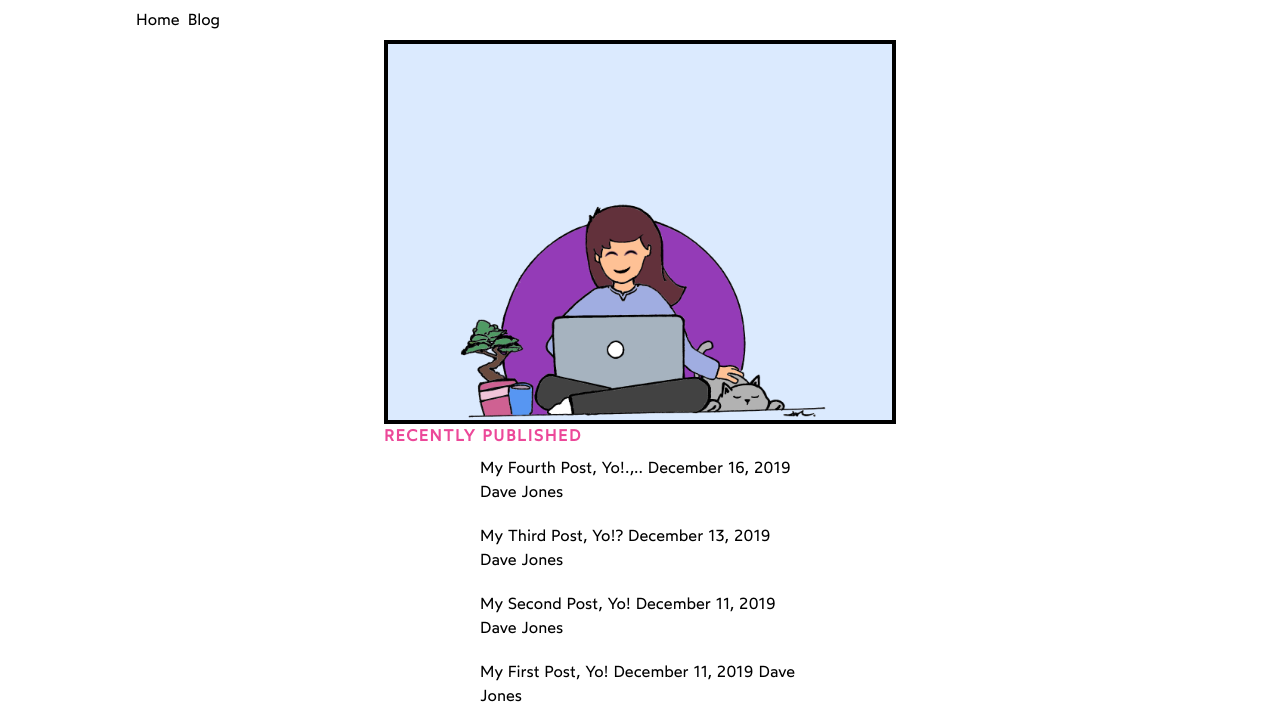
Repository: Risclover/markdown-blog
Page: /
An editor plug-in stored every save of this project. The page is shown before and after a run of saves, followed by the edit.
The browser window is 1280 px wide. The pictures show the whole page.
The project was rebuilt for these pictures with package versions that can differ from the ones it lists, and the page was loaded fresh each time.

Above is the page before, as saved 2023-06-28 10:15:50.

### src/index.js
import React from "react";
import ReactDOM from "react-dom/client";
import { BrowserRouter as Router } from "react-router-dom";
import "./fonts/wotfard-cufonfonts-webfont/style.css";

import "./index.css";
import App from "./App";

const root = ReactDOM.createRoot(document.getElementById("root"));
root.render(
  <Router>
    <App />
  </Router>
);

### src/fonts/wotfard-cufonfonts-webfont/style.css
/* #### Generated By: http://www.cufonfonts.com #### */

    @font-face {
    font-family: 'Wotfard Regular';
    font-style: normal;
    font-weight: normal;
    src: local('Wotfard Regular'), url('Wotfard-Regular.woff') format('woff');
    }

### src/index.css
*,
*::before,
*::after {
  box-sizing: border-box;
}
* {
  margin: 0;
}
body {
  line-height: 1.5;
  min-height: 100vh;
  -webkit-font-smoothing: antialiased;
}
img,
picture,
video,
canvas,
svg {
  display: block;
  max-width: 100%;
}
input,
button,
textarea,
select {
  font: inherit;
}
p,
h1,
h2,
h3,
h4,
h5,
h6 {
  overflow-wrap: break-word;
}
#root,
#__next {
  isolation: isolate;
}

### src/App.js
import "./App.css";
import { Route, Routes } from "react-router-dom";
import Home from "./pages/Home";
import NavBar from "./components/NavBar";

function App() {
  return (
    <div className="bg-white-100 min-h-screen">
      <div className="max-w-screen-lg m-auto">
        <NavBar />
        <Routes>
          <Route path="/" element={<Home />} />
        </Routes>
      </div>
    </div>
  );
}

export default App;

### src/pages/Home.js
import React, { useEffect } from "react";
import postList from "../posts.json";
import HomeHeader from "../components/HomeHeader";

export default function Home() {
  console.log(postList);

  postList.sort((a, b) => {
    let aPost = a.timestamp;
    let bPost = b.timestamp;

    return bPost - aPost;
  });

  return (
    <div className="container max-w-lg font-sans mx-auto border-black-4">
      <HomeHeader />
      <h2 className="uppercase text-base font-semibold tracking-widest text-pink-500">
        Recently Published
      </h2>
      <div className="grid grid-cols-1 gap-1 grid-flow-row">
        {postList.map((post) => (
          <div key={post.id} className="container px-24 py-2 bg-white">
            {post.title} {post.date} {post.author}
          </div>
        ))}
      </div>
    </div>
  );
}

### src/components/NavBar.js
import React from "react";

export default function NavBar() {
  return (
    <div className="py-2">
      <ul className="flex">
        <li className="mx-2">Home</li>
        <li>Blog</li>
      </ul>
    </div>
  );
}

### src/posts.json
[{"id":4,"title":"My Third Post, Yo!?","subtitle":"No subtitle given","description":"No description given","author":"Dave Jones","date":"December 13, 2019","timestamp":1576224000,"content":"\nWelcome to My Blog. _It's a beautiful thing._ I hope you'll have as much fun reading my posts as I have writing them. Well, before we go any further, allow me to introduce myself. I'm Dave Jones. I'm 34, and from Montreal, Canada.\n"},{"id":3,"title":"My Second Post, Yo!","subtitle":"No subtitle given","description":"No description given","author":"Dave Jones","date":"December 11, 2019","timestamp":1576051200,"content":"\nWelcome to My Blog. _It's a beautiful thing._ I hope you'll have as much fun reading my posts as I have writing them. Well, before we go any further, allow me to introduce myself. I'm Dave Jones. I'm 34, and from Montreal, Canada.\n"},{"id":2,"title":"My Fourth Post, Yo!.,..","subtitle":"No subtitle given","description":"No description given","author":"Dave Jones","date":"December 16, 2019","timestamp":1576483200,"content":"\nWelcome to My Blog. _It's a beautiful thing._ I hope you'll have as much fun reading my posts as I have writing them. Well, before we go any further, allow me to introduce myself. I'm Dave Jones. I'm 34, and from Montreal, Canada.\n"},{"id":1,"title":"My First Post, Yo!","subtitle":"This is a subtitle.","description":"Happy Pride month! In this tutorial, I'll share a handful of my favourite animation tricks. You'll learn how to build an animated wavy pride flag using CSS keyframes and linear gradients. We'll also see how to make it dynamic using React. 🏳️‍🌈","author":"Dave Jones","date":"December 11, 2019","timestamp":1576051200,"content":"\nWelcome to My Blog. _It's a beautiful thing._ I hope you'll have as much fun reading my posts as I have writing them. Well, before we go any further, allow me to introduce myself. I'm Dave Jones. I'm 34, and from Montreal, Canada.\n"}]

### src/components/HomeHeader.js
import React from "react";
import Avatar from "../images/avatar.png";
export default function HomeHeader() {
  return (
    <div className="h-96 bg-blue-100 flex flex-col justify-end border-black border-4">
      <div>
        <img className="w-9/12 m-auto border-black-4" src={Avatar} />
      </div>
    </div>
  );
}

### tailwind.config.js
/** @type {import('tailwindcss').Config} */
module.exports = {
  content: [
    "./app/**/*.{js,ts,jsx,tsx,mdx}",
    "./pages/**/*.{js,ts,jsx,tsx,mdx}",
    "./components/**/*.{js,ts,jsx,tsx,mdx}",

    // Or if using `src` directory:
    "./src/**/*.{js,ts,jsx,tsx,mdx}",
  ],
  theme: {
    fontFamily: {
      sans: ["Wotfard Regular", "sans-serif"],
    },
    extend: {},
  },
  plugins: [],
};

Loaded but not shown: public/index.html (common file); src/App.css (common file)

After the next 2 saves:
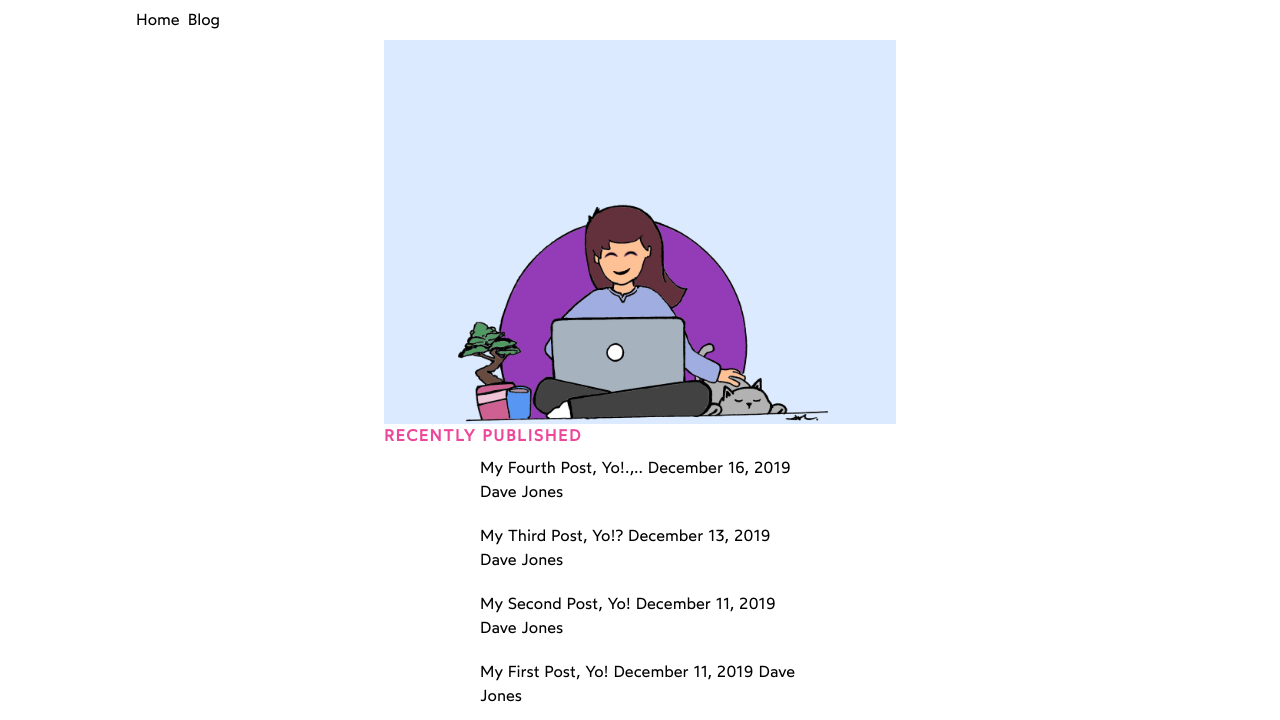
The 2 saves are shown as one change because they came seconds apart.
The last was saved 9 s later.
--- a/src/components/HomeHeader.js
+++ b/src/components/HomeHeader.js
@@ -2,7 +2,7 @@ import React from "react";
 import Avatar from "../images/avatar.png";
 export default function HomeHeader() {
   return (
-    <div className="h-96 bg-blue-100 flex flex-col justify-end border-black border-4">
+    <div className="h-96 bg-blue-100 flex flex-col justify-end">
       <div>
         <img className="w-9/12 m-auto border-black-4" src={Avatar} />
       </div>
